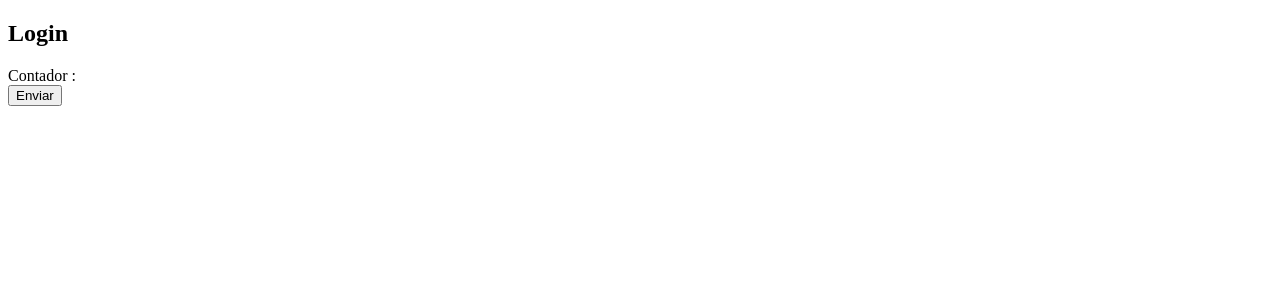
Repository: felipeverdugo/Java-y-Aplicaciones-Avanzadas-sobre-Internet
Page: work/Practica1Web40/src/main/webapp/login.html
An editor plug-in stored every save of this project. The page is shown before and after the next save, followed by the edit.
The browser window is 1280 px wide. The pictures show the whole page.

Above is the page before, as saved 2024-03-20 12:23:55.

After the next save:
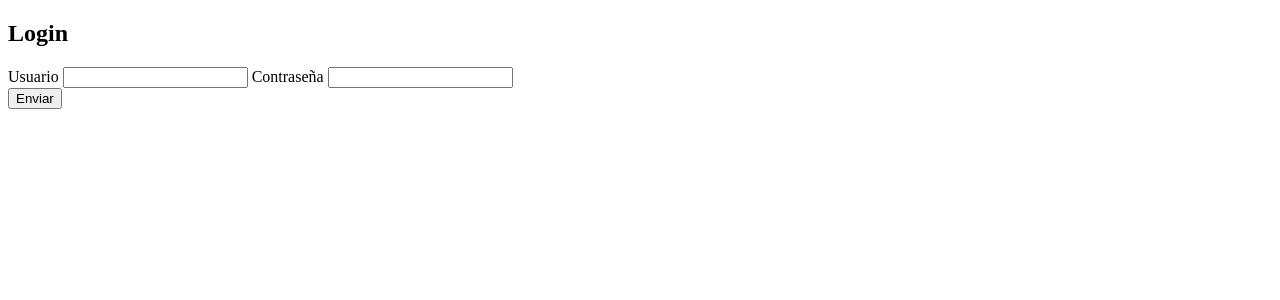
Saved 69 s later.
--- a/work/Practica1Web40/src/main/webapp/login.html
+++ b/work/Practica1Web40/src/main/webapp/login.html
@@ -7,7 +7,10 @@
 <body>
     <h2>Login</h2>
     <form action="LoginUsr" method="post">
-        <label for="nombre">Contador : </label>
+        <label for="nombre">Usuario</label>
+        <input type="text" id="nombre" name="nombre" required>
+        <label for="nombre">Contraseña</label>
+        <input type="text" id="nombre" name="nombre" required>
         <br>
         <input type="submit" value="Enviar">
     </form>
